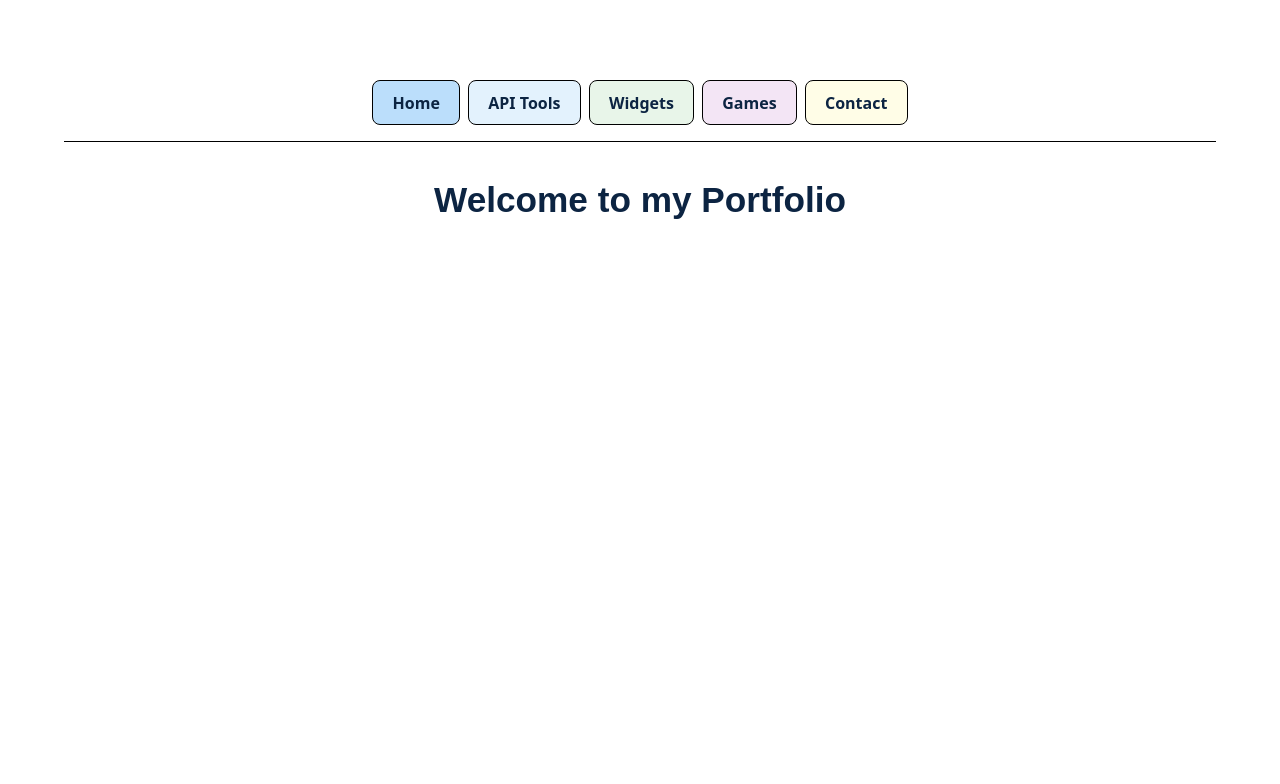
Repository: ourshadetree/TimPortfolio
Page: /
These files come from the project's save history. The page is drawn as it stood at one moment and after the next save; the edit follows.
The browser window is 1280 px wide. The pictures show the whole page.
The project was rebuilt for these pictures with package versions that can differ from the ones it lists, and the page was loaded fresh each time. Also part of the build but not shown: vite.config.js, src/views/ApiTools.vue, src/views/Widgets.vue, src/views/Games.vue, src/views/Contact.vue.

Above is the page before, as saved 2025-05-07 11:29:00.

### src/main.js
// src/main.js
import { createApp } from 'vue'
import App        from './App.vue'
import { router } from './router'
import './assets/style.css'         // your reset / base styles

createApp(App)
  .use(router)
  .mount('#app')

### src/App.vue
<!-- src/App.vue -->
<template>
  <div id="app">
    <header>
      <nav>
        <router-link to="/"       class="tab tab--home">Home</router-link>
        <router-link to="/api-tools" class="tab tab--api">API Tools</router-link>
        <router-link to="/widgets"   class="tab tab--widgets">Widgets</router-link>
        <router-link to="/games"     class="tab tab--games">Games</router-link>
        <router-link to="/contact"   class="tab tab--contact">Contact</router-link>
      </nav>
    </header>
    <main>
      <router-view/>
    </main>
  </div>
</template>


<script setup>
// no script needed here yet
</script>

<style>
#app {
  background: white;
  min-height: 100vh;
}

/* header/nav styling */
header {
  padding: 1rem;
  border-bottom: 1px solid black;
  text-align: center;
}
nav {
  display: inline-flex;
  gap: 0.5rem;
}
nav a {
  padding: 0.5rem 1rem;
  border: 1px solid black;
  border-radius: 8px;
  background: #FDEFF9; /* pastel pink */
  color: #0C2442;
  text-decoration: none;
  font-weight: bold;
}
nav a.router-link-active {
  background: yellow; /* pastel blue when active */
}

/* base tab style */
.tab {
  padding: 0.6rem 1.2rem;
  border: 1px solid #000;
  border-radius: 8px;
  text-decoration: none;
  font-weight: bold;
  color: #0C2442;
  transition: opacity .2s;
}
.tab:hover {
  opacity: 0.8;
}

/* pastel colours for each */
.tab--home     { background: #FFEBEE; } /* very light pink */
.tab--api      { background: #E3F2FD; } /* very light blue */
.tab--widgets  { background: #E8F5E9; } /* very light green */
.tab--games    { background: #F3E5F5; } /* very light purple */
.tab--contact  { background: #FFFDE7; } /* very light yellow */

</style>

### src/router/index.js
// src/router/index.js
import { createRouter, createWebHistory } from 'vue-router'
import HomeView    from '../views/HomeView.vue'
import ApiTools    from '../views/ApiTools.vue'
import Widgets     from '../views/Widgets.vue'
import Games       from '../views/Games.vue'
import Contact     from '../views/Contact.vue'

const routes = [
  { path: '/',           name: 'Home',      component: HomeView },
  { path: '/api-tools',   name: 'API Tools', component: ApiTools },
  { path: '/widgets',     name: 'Widgets',   component: Widgets },
  { path: '/games',       name: 'Games',     component: Games },
  { path: '/contact',     name: 'Contact',   component: Contact },
]

export const router = createRouter({
  history: createWebHistory(),
  routes,
})

### src/assets/style.css
/* ------------------------------------------------------------------------
   src/assets/style.css
   ————————————————————————————————————————————————————————————————
   1) Reset / base
   2) Layout (#app, header/nav)
   3) Typography (h1)
   4) Tabs (.tab, .tab--*)
   5) Buttons, links, etc.
   ------------------------------------------------------------------------ */

/* 1) -------- Reset / Base -------- */
:root {
  /* overall color scheme */
  background-color: #ffffff;
  color: #0C2442; /* dark blue text */
  font-family: Karla, system-ui, sans-serif;
  line-height: 1.5;
}

*,
*::before,
*::after {
  box-sizing: border-box;
  margin: 0;
  padding: 0;
}

/* 2) --------#app & header/nav layout -------- */
#app {
  max-width: 1280px;
  margin: 0 auto;
  padding: 2rem;
  text-align: center;
  background: white;
  min-height: 100vh;
}

header {
  padding-bottom: 1rem;
  border-bottom: 1px solid black;
  margin-bottom: 2rem;
}

nav {
  display: inline-flex;
  gap: 0.5rem;
}

/* 3) -------- Typography -------- */
#app h1 {
  font-family: 'Sora', sans-serif;
  font-size: 2.2rem;
  font-weight: 900;
  margin: 1rem 0;
}

/* 4) -------- Tabs -------- */
.tab {
  display: inline-block;
  padding: 0.6rem 1.2rem;
  border: 1px solid black;
  border-radius: 8px;
  text-decoration: none;
  font-weight: bold;
  color: #0C2442;
  transition: opacity 0.2s;
}
.tab:hover {
  opacity: 0.8;
}

/* Pastel for each */
.tab--home     { background: #FFEBEE; } /* very light pink */
.tab--api      { background: #E3F2FD; } /* very light blue */
.tab--widgets  { background: #E8F5E9; } /* very light green */
.tab--games    { background: #F3E5F5; } /* very light purple */
.tab--contact  { background: #FFFDE7; } /* very light yellow */

/* Active tab override */
.router-link-active {
  /* pastel‑blue highlight for whichever is active */
  background: #BBDEFB !important;
}

/* 5) -------- Buttons & Links -------- */
button {
  border-radius: 8px;
  border: 1px solid black;
  padding: 0.6rem 1.2rem;
  font: inherit;
  background: #f0f0f0;
  cursor: pointer;
  transition: background 0.2s;
}
button:hover {
  background: #e0e0e0;
}

a {
  color: inherit;
  text-decoration: none;
}

### src/views/HomeView.vue
<!-- src/views/HomeView.vue -->
<template><section><h1>Welcome to my Portfolio</h1></section></template>
<script setup></script>
<style scoped></style>

Loaded but not shown: index.html (common file)

After the next save:
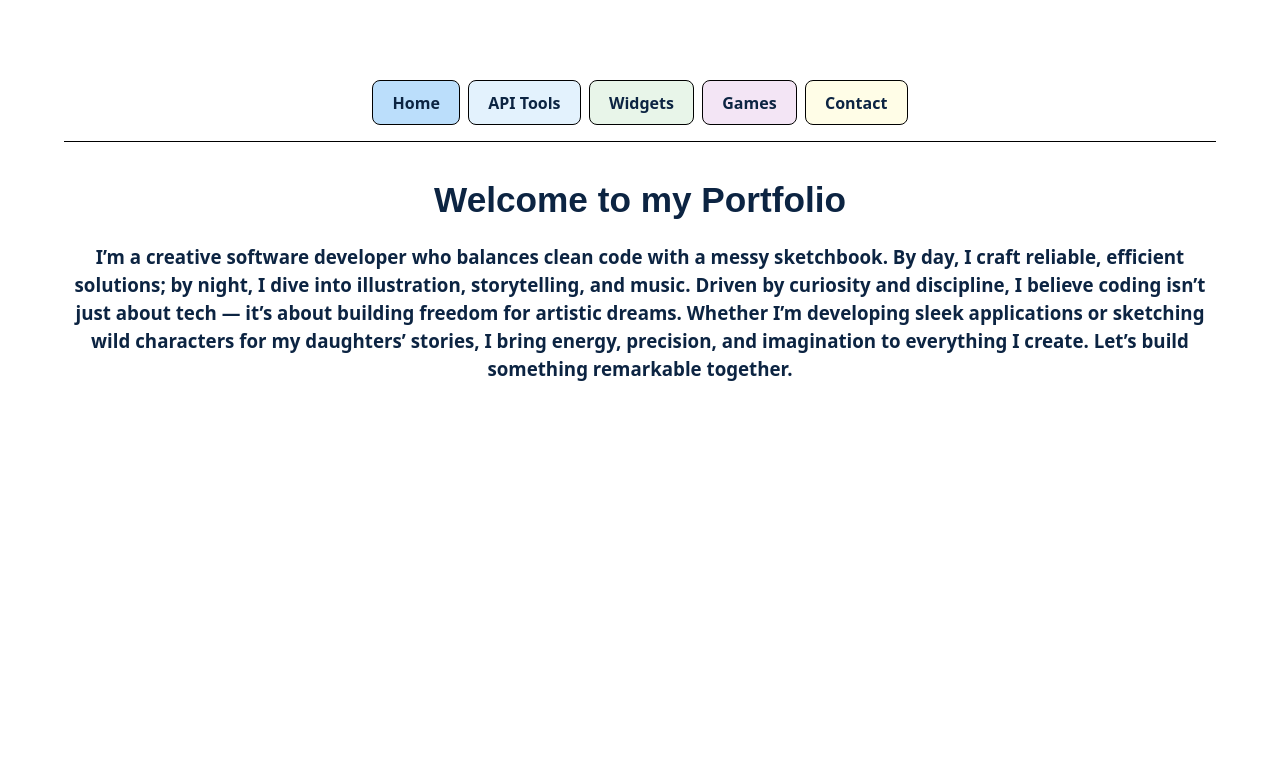
Saved 4 min 4 s later.
--- a/src/views/HomeView.vue
+++ b/src/views/HomeView.vue
@@ -1,4 +1,16 @@
 <!-- src/views/HomeView.vue -->
-<template><section><h1>Welcome to my Portfolio</h1></section></template>
-<script setup></script>
+<template>
+    <section>
+        <h1>Welcome to my Portfolio</h1>
+    </section>
+    <h3 id="aboutMe">
+        I’m a creative software developer who balances clean code with a messy sketchbook. By day, I craft reliable, efficient solutions; by night, I dive into illustration, storytelling, and music. Driven by curiosity and discipline, I believe coding isn’t just about tech — it’s about building freedom for artistic dreams. Whether I’m developing sleek applications or sketching wild characters for my daughters’ stories, I bring energy, precision, and imagination to everything I create. Let’s build something remarkable together.
+    </h3>
+</template>
+
+<script setup>
+
+</script>
+
+
 <style scoped></style>
